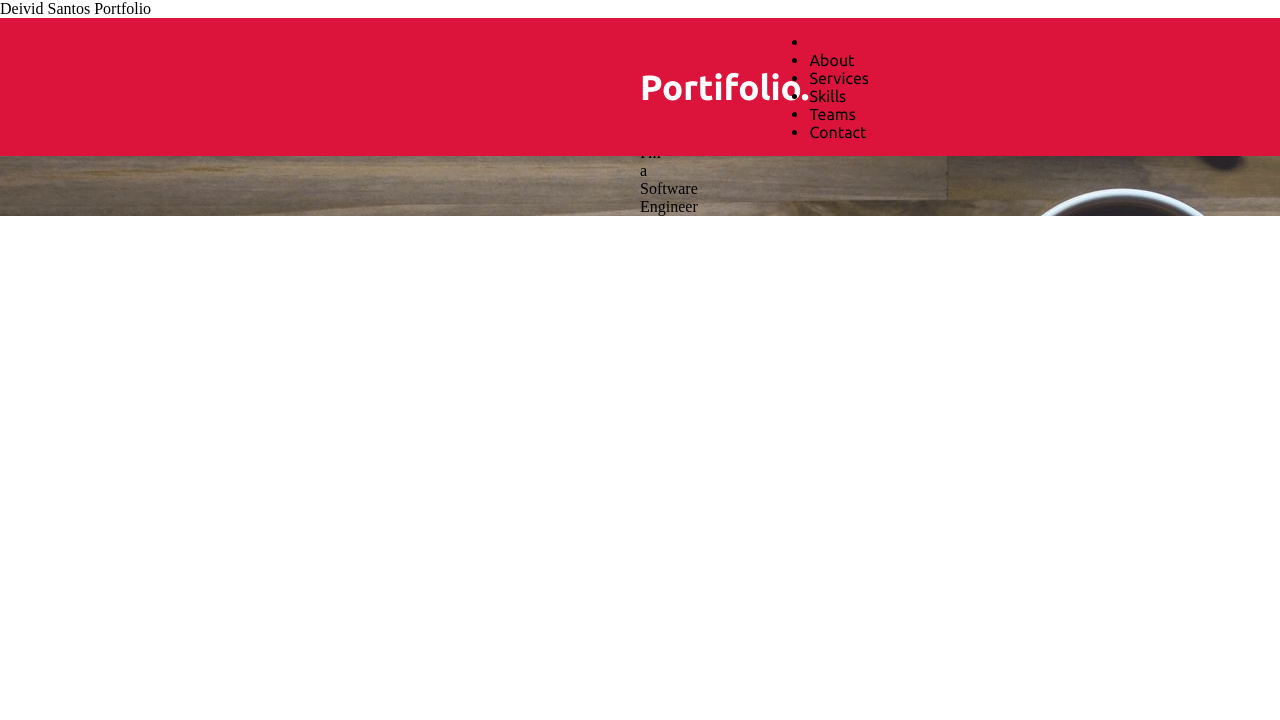
Repository: deividwsantoss/portfolio
Page: index.html
The author's editor kept a copy of each file at every save. The page is drawn from the files as they stood at one save, then again after the next save.
The browser window is 1280 px wide. The pictures show the whole page.
Some web libraries are served in a nearby version.

Above is the page before, as saved 2021-03-01 17:39:34.

After the next save:
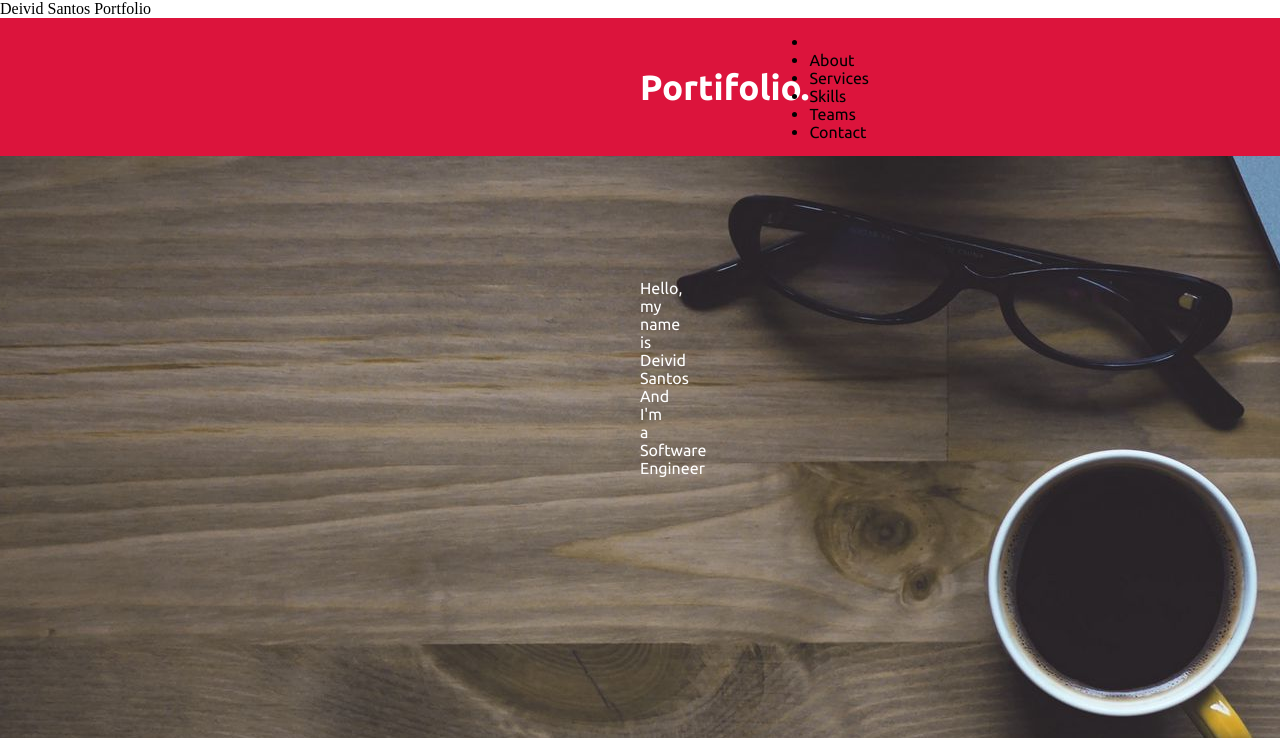
Saved 2 min 11 s later.
--- a/Content/style.css
+++ b/Content/style.css
@@ -48,4 +48,9 @@
 .home{
     display: flex;
     background: url("/images/banner.jpg") no-repeat center;
+    height: 100vh;
+    color: #fff;
+    min-height: 500px;
+    font-family: 'Ubuntu', sans-serif;
+
 }
